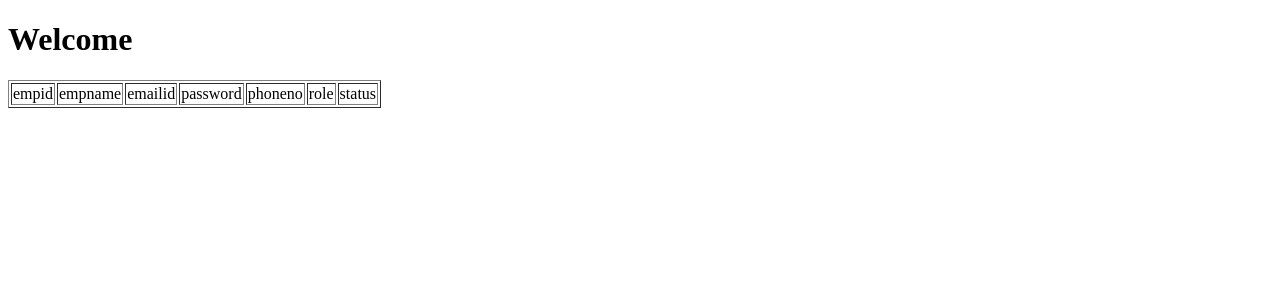
Repository: saurabh836/fullstackprojects
Page: http://localhost/EmployeeSkillProject/manager.jsp
These files come from the project's save history. The page is drawn as it stood at one moment and after the next save; the edit follows.
The browser window is 1280 px wide. The pictures show the whole page.
The page is served by Tomcat 9. Other server files are loaded and not shown. Queries for data that is not in the repository find no rows.

Above is the page before, as saved 2018-07-29 14:06:16.

### EmployeeSkillProject/WebContent/manager.jsp
<%@ page language="java" contentType="text/html; charset=ISO-8859-1"
    pageEncoding="ISO-8859-1"%>
     <%@ taglib prefix = "c" uri = "http://java.sun.com/jsp/jstl/core" %>
<%@ taglib prefix = "sql" uri = "http://java.sun.com/jsp/jstl/sql" %>
<!DOCTYPE html PUBLIC "-//W3C//DTD HTML 4.01 Transitional//EN" "http://www.w3.org/TR/html4/loose.dtd">
<html>
<head>
<meta http-equiv="Content-Type" content="text/html; charset=ISO-8859-1">
<title>Insert title here</title>
</head>
<body>
<h1>Welcome </h1>
<sql:setDataSource var="snapshot" driver="com.mysql.jdbc.Driver" url="jdbc:mysql://localhost:3306/employee_records" user = "root"  password = "123456789"/>
<sql:query dataSource = "${snapshot}" sql = "select * from empskillset where active='1'" var = "result" />
<table border="1">
<tr><td>empid</td><td>empname</td><td>emailid</td><td>password</td><td>phoneno</td><td>role</td><td>status</td></tr>
<c:forEach items="${result.rows }" var ="res">
<tr>
<td>${res.empid}</td>
<td>${res.empname}</td>
<td>${res.emailid}</td>
<td>${res.password}</td>
<td>${res.phoneno}</td>
<td>${res.role}</td>
<td>${res.active}</td>
<td><a href="update.jsp?empid=<c:out value="${res.empid}"/>">Update</a></td>
<td><a href="deletedb.jsp?empid=<c:out value="${res.empid}"/>">Delete</a></td>



</tr>
</c:forEach>
</body>
</html>

After the next save:
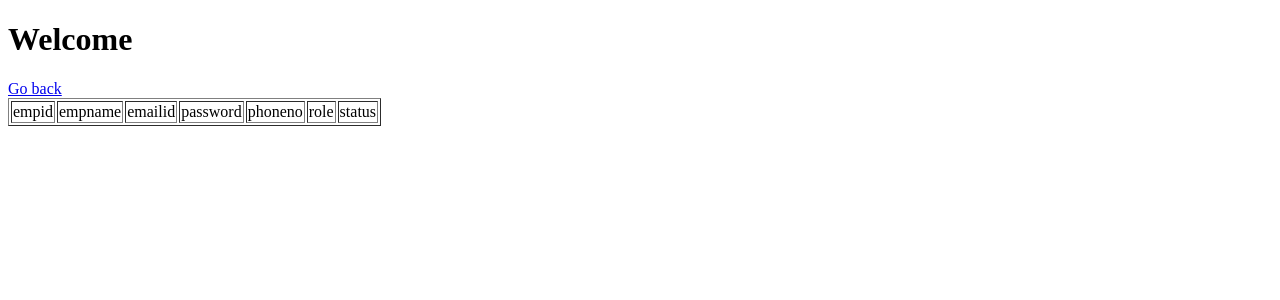
Saved 89 s later.
--- a/EmployeeSkillProject/WebContent/manager.jsp
+++ b/EmployeeSkillProject/WebContent/manager.jsp
@@ -30,5 +30,6 @@
 
 </tr>
 </c:forEach>
+ <a href="index.jsp">Go back</a>
 </body>
 </html>
